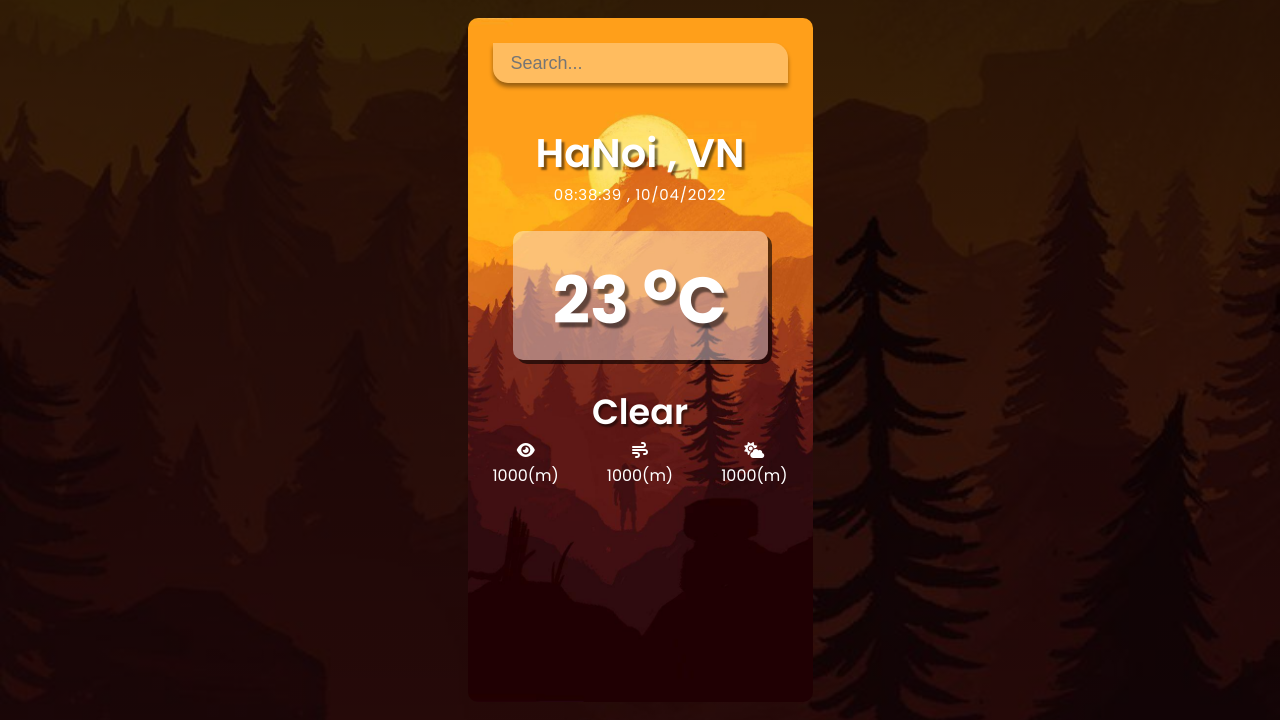
Repository: NguyenDuc-Huy/API_WEATHER
Page: index.html
These files come from the project's save history. The page is drawn as it stood at one moment and after a run of saves; the edit follows.
The browser window is 1280 px wide. The pictures show the whole page.
Some web libraries are served in a nearby version.

Above is the page before, as saved 2022-04-10 15:51:22.

After the next 2 saves:
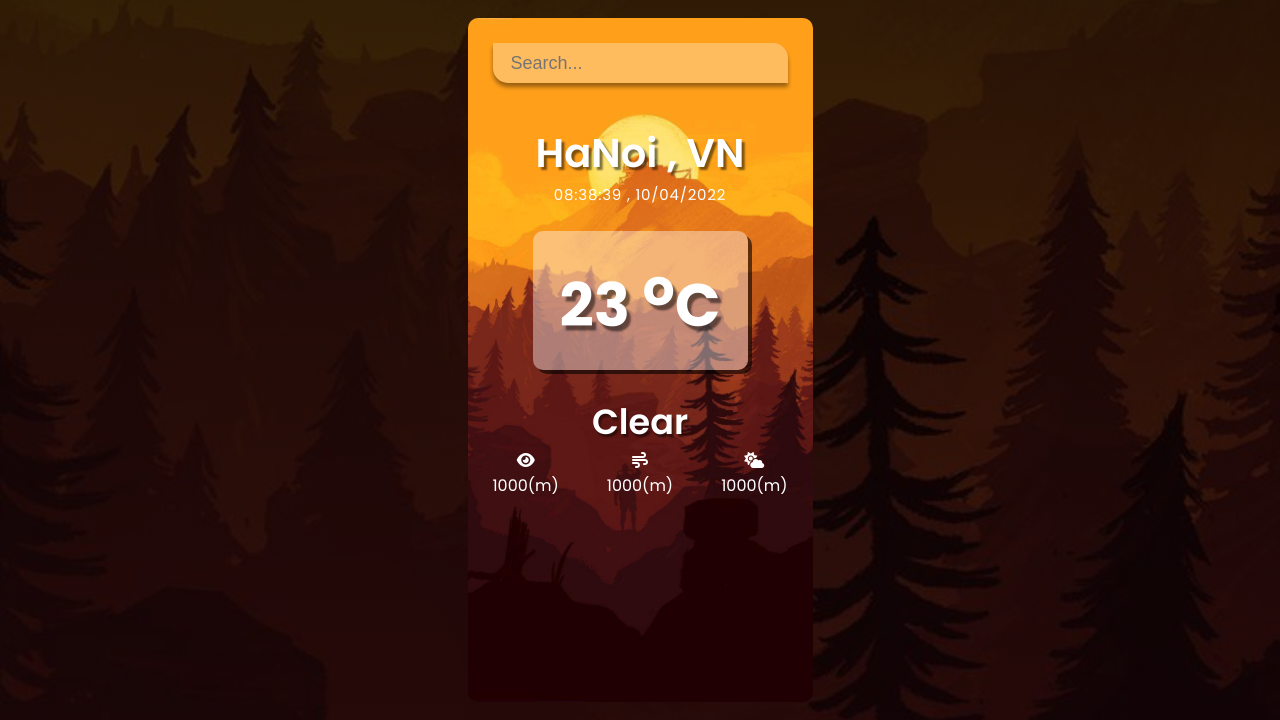
The 2 saves are shown as one change because they came seconds apart.
The last was saved 111 s later.
--- a/style.css
+++ b/style.css
@@ -56,12 +56,11 @@
   letter-spacing: 0.8px;
 }
 .temperature {
-  font-size: 65px;
-
-  margin: 25px 20px;
+  font-size: 60px;
+  margin: 25px 40px;
   background-color: rgba(255, 255, 255, 0.4);
   box-shadow: 4px 4px rgba(0, 0, 0, 0.6);
-  padding: 10px 25px;
+  padding: 20px 25px;
   border-radius: 10px;
   text-shadow: 4px 5px 2px rgba(0, 0, 0, 0.5);
   font-weight: 700;
